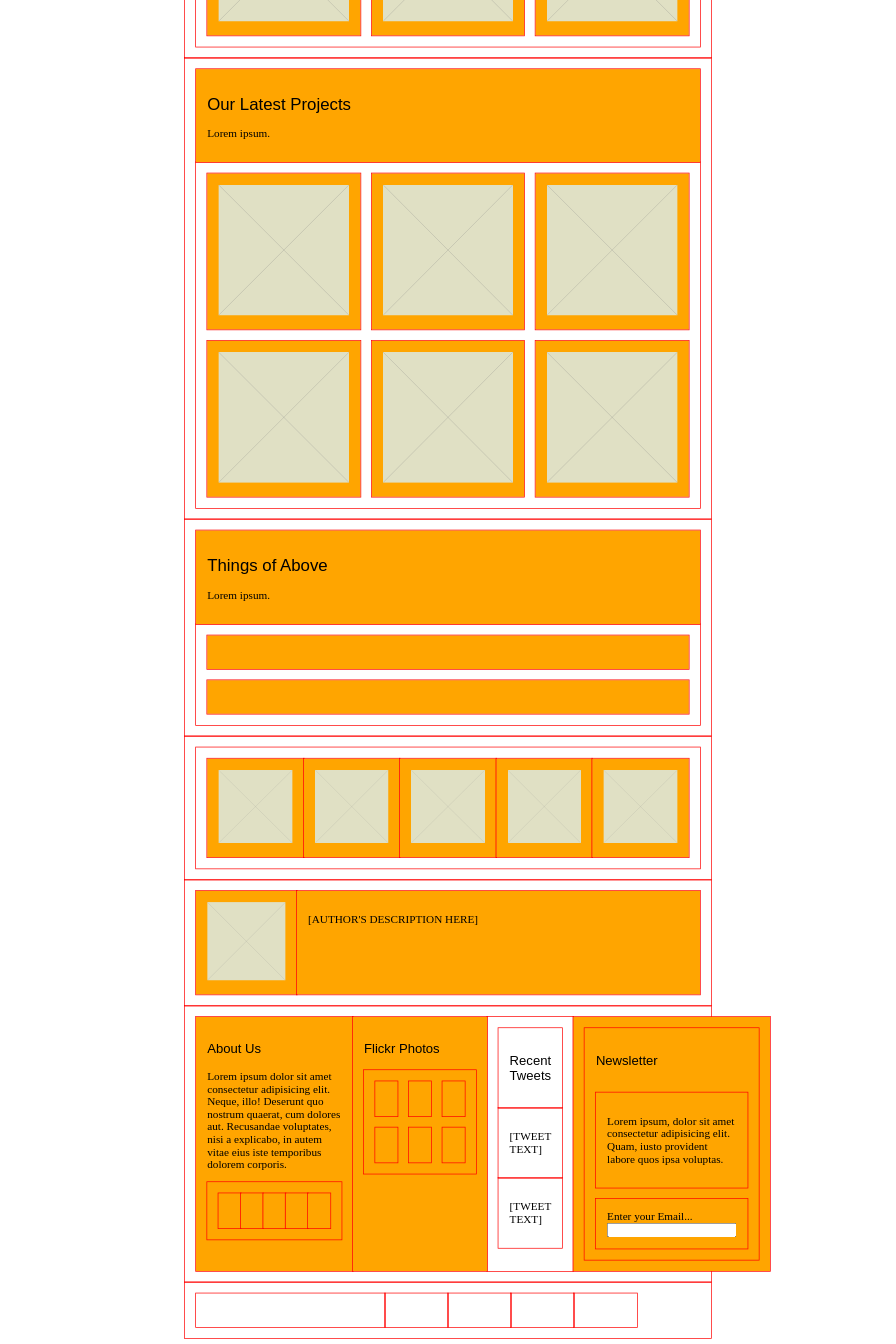
Repository: pjiang604/mdia2003-lab03b
Page: index.html
An editor plug-in stored every save of this project. The page is shown before and after the next save, followed by the edit.
The browser window is 1280 px wide. The pictures show the part of the page from y = 1044 to 2964 px (the page is 2964 px tall before and 2900 px after), at 70% of full size.

Above is the page before, as saved 2023-01-25 21:05:14.

After the next save:
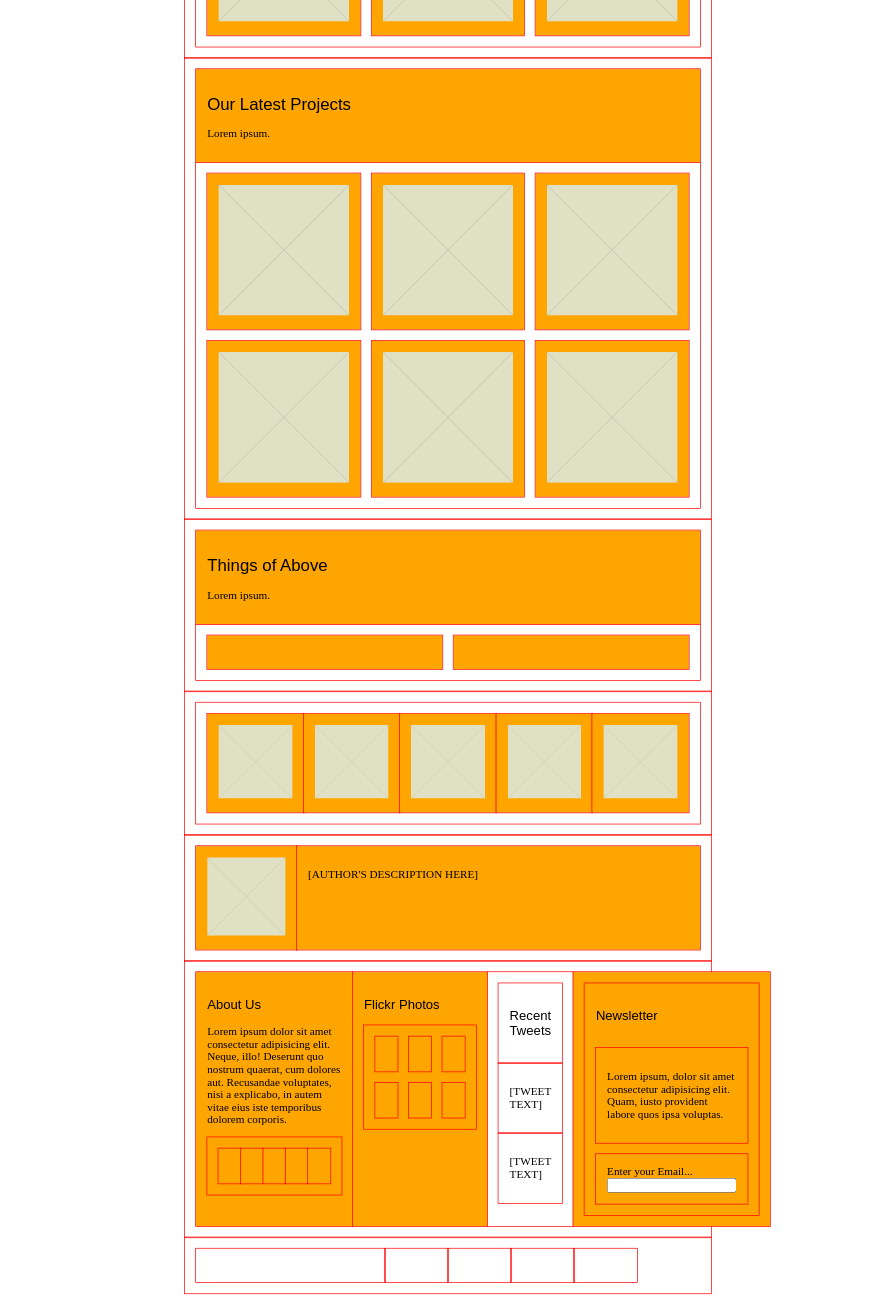
Saved 21 s later.
--- a/style.css
+++ b/style.css
@@ -216,7 +216,7 @@ h6 {
     }
 
     .l-col-2-1 {
-        grid-template-columns: repeat(1, 4fr);
+        grid-template-columns: repeat(2, 1fr);
         column-gap: 1rem;
     }
 
